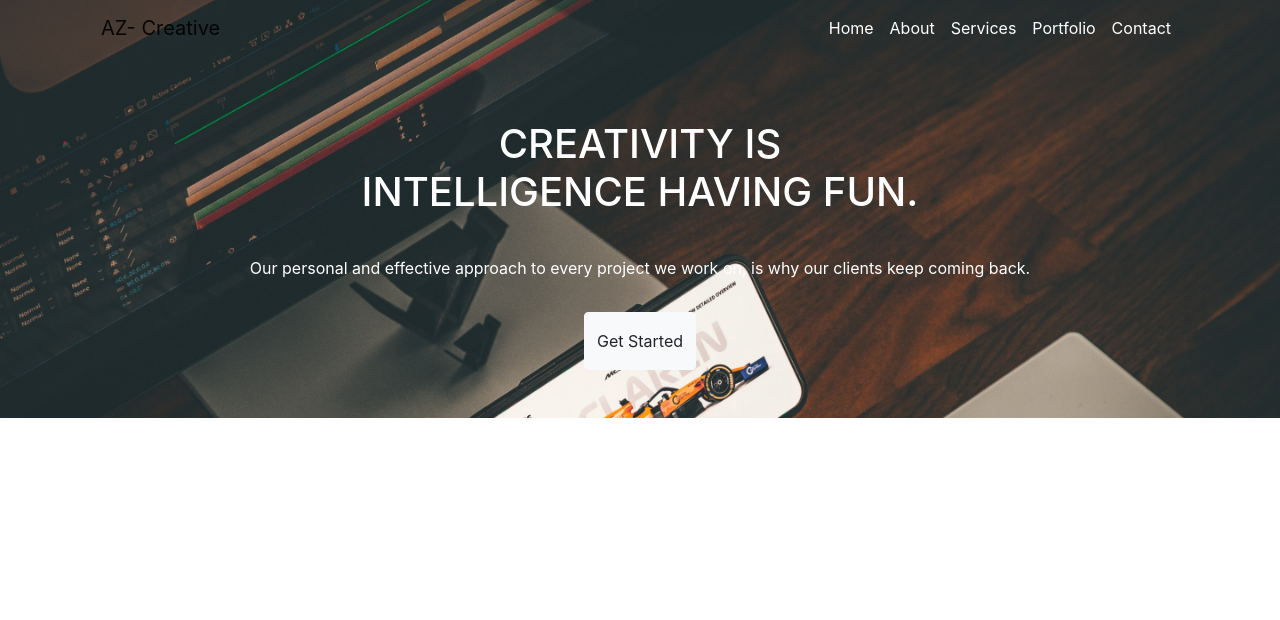
Repository: Syfon01/hng-port
Page: index.html
These files come from the project's save history. The page is drawn as it stood at one moment and after the next save; the edit follows.
The browser window is 1280 px wide. The pictures show the whole page.

Above is the page before, as saved 2020-06-27 20:40:33.

### index.html
<!doctype html>
<html lang="en">
  <head>
    <title>Title</title>
    <!-- Required meta tags -->
    <meta charset="utf-8">
    <meta name="viewport" content="width=device-width, initial-scale=1, shrink-to-fit=no">

    <!-- Bootstrap CSS -->
    <link rel="stylesheet" href="https://stackpath.bootstrapcdn.com/bootstrap/4.5.0/css/bootstrap.min.css"
      integrity="sha384-9aIt2nRpC12Uk9gS9baDl411NQApFmC26EwAOH8WgZl5MYYxFfc+NcPb1dKGj7Sk" crossorigin="anonymous">
  <link rel="stylesheet" href="style.css">
  </head>
  <body>
    <section id="home">
      <div class="container">
        <nav class="navbar navbar-expand-lg navbar-light text-white">
          <a class="navbar-brand" href="#">AZ- Creative</a>
          <button class="navbar-toggler" type="button" data-toggle="collapse" data-target="#navbarNav" aria-controls="navbarNav"
            aria-expanded="false" aria-label="Toggle navigation">
            <span class="navbar-toggler-icon"></span>
          </button>
          <div class="collapse navbar-collapse" id="navbarNav">
            <ul class="navbar-nav ml-auto">
              <li class="nav-item active">
                <a class="nav-link" href="#">Home <span class="sr-only">(current)</span></a>
              </li>
              <li class="nav-item">
                <a class="nav-link" href="#">About</a>
              </li>
              <li class="nav-item">
                <a class="nav-link" href="#">Services</a>
              </li>

              <li class="nav-item">
                <a class="nav-link" href="#">Portfolio</a>
              </li>
              <li class="nav-item">
                <a class="nav-link " href="#">Contact</a>
              </li>
            </ul>
          </div>
        </nav>

        <div class="home-content text-white text-center py-5">
          <h1 class="py-3">CREATIVITY IS
            <br>
            INTELLIGENCE HAVING FUN.</h1>
          <p class="py-3">Our personal and effective approach to every
            project we work on, is why our clients
            keep coming back.</p>

        <button type="submit" class="btn btn-light py-3">Get Started</button>

        </div>
      </div>

    </section>
    <section id="about">
      <div class="container">
        <div class="row">
          <div class="col-lg-6 col-md-6 col-sm-12 col-12">

          </div>
          <div class="col-lg-6 col-md-6 col-sm-12 col-12">
          <p>

          </p>
          </div>
        </div>
      </div>
    </section>
    <section id="services">

    </section>
    <section id="portfolio">

    </section>

    <!-- Optional JavaScript -->
    <!-- jQuery first, then Popper.js, then Bootstrap JS -->
    <script src="https://code.jquery.com/jquery-3.5.1.slim.min.js"
      integrity="sha384-DfXdz2htPH0lsSSs5nCTpuj/zy4C+OGpamoFVy38MVBnE+IbbVYUew+OrCXaRkfj" crossorigin="anonymous"></script>
    <script src="https://cdn.jsdelivr.net/npm/popper.js@1.16.0/dist/umd/popper.min.js"
      integrity="sha384-Q6E9RHvbIyZFJoft+2mJbHaEWldlvI9IOYy5n3zV9zzTtmI3UksdQRVvoxMfooAo" crossorigin="anonymous"></script>
    <script src="https://stackpath.bootstrapcdn.com/bootstrap/4.5.0/js/bootstrap.min.js"
      integrity="sha384-OgVRvuATP1z7JjHLkuOU7Xw704+h835Lr+6QL9UvYjZE3Ipu6Tp75j7Bh/kR0JKI" crossorigin="anonymous"></script>

  </body>
</html>

### style.css
#home{
  background-image: url('/img/home.png'),
  linear-gradient(to bottom, rgba(0, 0, 0, 0.52), rgba(0, 0, 0, 0.73));
  background-size: cover;
}
.nav-link {
  color: #fff!important;
}

After the next save:
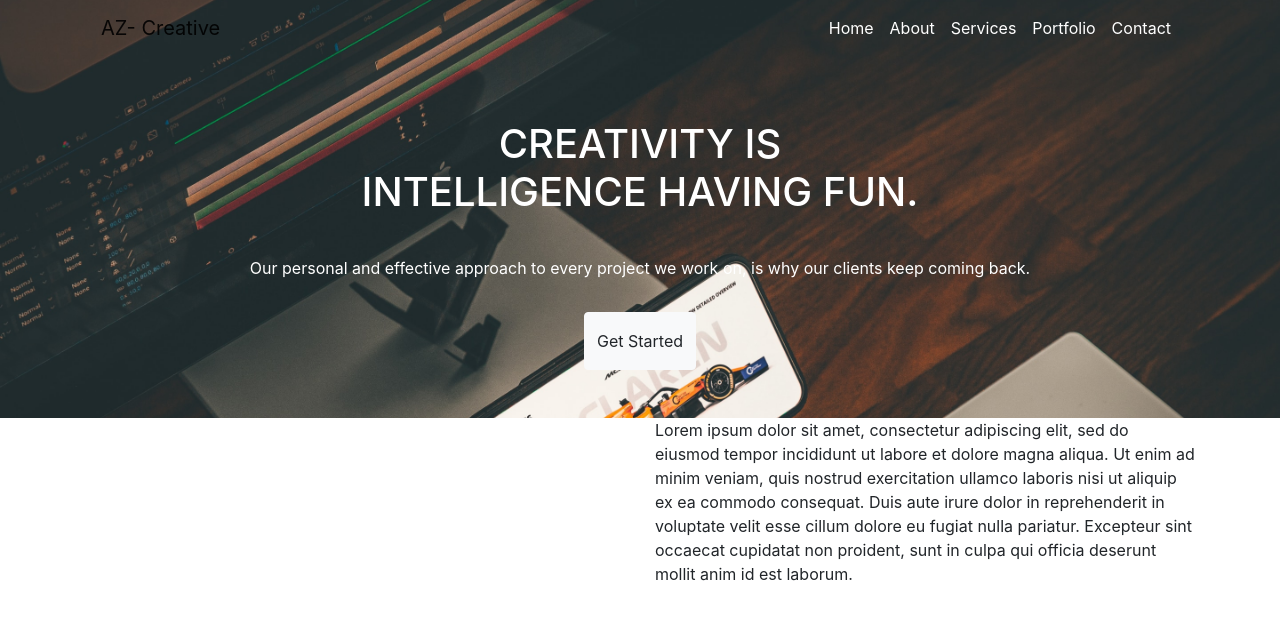
Saved 10 s later.
--- a/index.html
+++ b/index.html
@@ -64,6 +64,10 @@
           </div>
           <div class="col-lg-6 col-md-6 col-sm-12 col-12">
           <p>
+            Lorem ipsum dolor sit amet, consectetur adipiscing elit, sed do eiusmod tempor incididunt ut labore et dolore magna
+            aliqua. Ut enim ad minim veniam, quis nostrud exercitation ullamco laboris nisi ut aliquip ex ea commodo consequat. Duis
+            aute irure dolor in reprehenderit in voluptate velit esse cillum dolore eu fugiat nulla pariatur. Excepteur sint
+            occaecat cupidatat non proident, sunt in culpa qui officia deserunt mollit anim id est laborum.
 
           </p>
           </div>
